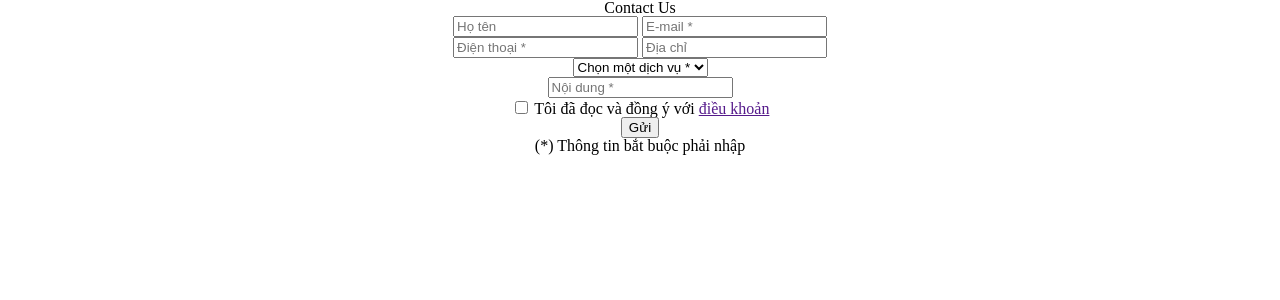
Repository: vanh1604/exercises
Page: baitap/Car/contact.html
The author's editor kept a copy of each file at every save. The page is drawn from the files as they stood at one save, then again after the next save.
The browser window is 1280 px wide. The pictures show the whole page.

Above is the page before, as saved 2023-03-29 17:17:31.

After the next save:
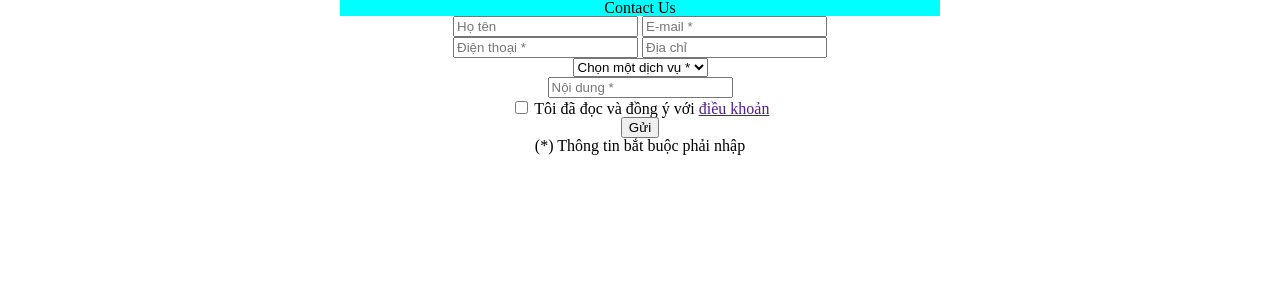
Saved 36 s later.
--- a/baitap/Car/contact.css
+++ b/baitap/Car/contact.css
@@ -5,3 +5,6 @@
 .container{
    text-align: center;
 }
+.header{
+    background-color: aqua;
+}
